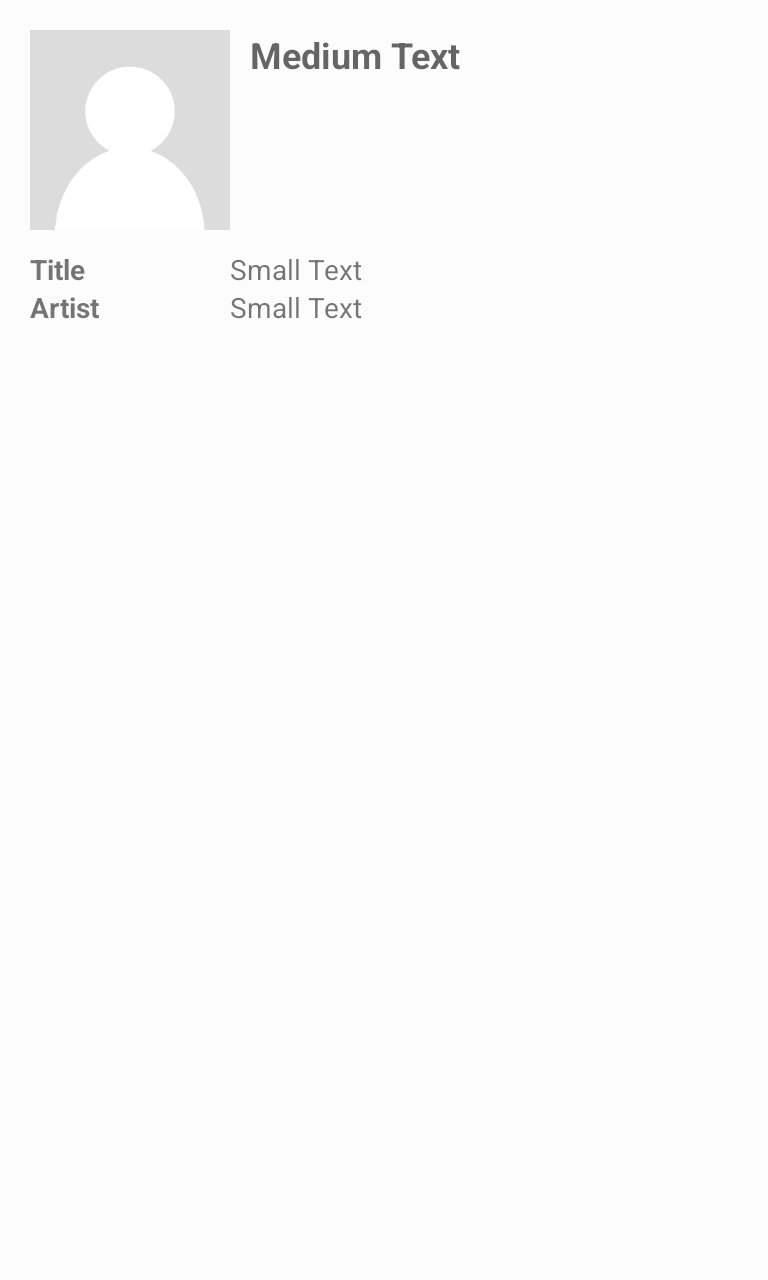
Repository: savindra/cutting-edge
Layout: Humzearch/res/layout/view_response_item.xml
These files come from the project's save history. The layout is drawn as it stood at one moment and after the next save; the edit follows.
It is drawn on a 768 x 1280 px phone screen (xhdpi) without system bars, with theme AppTheme; the app's code is not run.

Above is the layout before, as saved 2015-06-15 16:22:03.

### Humzearch/res/layout/view_response_item.xml
<?xml version="1.0" encoding="utf-8"?>
<RelativeLayout xmlns:android="http://schemas.android.com/apk/res/android"
    android:layout_width="match_parent"
    android:layout_height="match_parent"
    android:background="@color/background"
    android:orientation="vertical" >

    <ImageView
        android:id="@+id/imgViewResponseItemUser"
        android:layout_width="100dp"
        android:layout_height="100dp"
        android:layout_alignParentLeft="true"
        android:layout_alignParentTop="true"
        android:layout_marginLeft="15dp"
        android:layout_marginTop="15dp"
        android:src="@drawable/ic_default_user" />

    <LinearLayout
        android:id="@+id/linearLayout1"
        android:layout_width="wrap_content"
        android:layout_height="wrap_content"
        android:layout_alignParentLeft="true"
        android:layout_below="@+id/imgViewResponseItemUser"
        android:layout_marginLeft="15dp"
        android:layout_marginTop="10dp" >

        <TextView
            android:id="@+id/textView1"
            android:layout_width="100dp"
            android:layout_height="wrap_content"
            android:text="@string/title"
            android:textAppearance="?android:attr/textAppearanceSmall"
            android:textStyle="bold" />

        <TextView
            android:id="@+id/txtViewResponseItemTitle"
            android:layout_width="wrap_content"
            android:layout_height="wrap_content"
            android:text="Small Text"
            android:textAppearance="?android:attr/textAppearanceSmall" />
    </LinearLayout>

    <TextView
        android:id="@+id/txtViewResponseName"
        android:layout_width="wrap_content"
        android:layout_height="wrap_content"
        android:layout_alignTop="@+id/imgViewResponseItemUser"
        android:layout_marginLeft="10dp"
        android:layout_toRightOf="@+id/imgViewResponseItemUser"
        android:text="Medium Text"
        android:textAppearance="?android:attr/textAppearanceMedium"
        android:textStyle="bold" />

    <LinearLayout
        android:layout_width="wrap_content"
        android:layout_height="wrap_content"
        android:layout_alignLeft="@+id/linearLayout1"
        android:layout_below="@+id/linearLayout1" >

        <TextView
            android:id="@+id/textView2"
            android:layout_width="100dp"
            android:layout_height="wrap_content"
            android:text="@string/artist"
            android:textAppearance="?android:attr/textAppearanceSmall"
            android:textStyle="bold" />

        <TextView
            android:id="@+id/textView3"
            android:layout_width="wrap_content"
            android:layout_height="wrap_content"
            android:text="Small Text"
            android:textAppearance="?android:attr/textAppearanceSmall" />

    </LinearLayout>

</RelativeLayout>

### Humzearch/res/values-v21/style.xml
<?xml version="1.0" encoding="utf-8"?>
<resources>
    <style name="AppTheme" parent="AppTheme.Base">
        <!-- Customize your theme using Material Design here. -->
    </style>
</resources>

### Humzearch/res/values/styles.xml
<resources>

    <!-- Base application theme. -->
    <style name="AppTheme" parent="AppTheme.Base"/>

    <style name="AppTheme.Base" parent="Theme.AppCompat.Light.DarkActionBar">
        <!-- Customize your theme here. -->

        <!-- colorPrimary is used for the default action bar background -->
        <item name="colorPrimary">@color/ColorPrimary</item>

        <!-- colorPrimaryDark is used for the status bar -->
        <item name="colorPrimaryDark">@color/ColorPrimaryDark</item>

        <!-- colorAccent is used as the default value for colorControlActivated
             which is used to tint widgets -->

        <!-- You can also set colorControlNormal, colorControlActivated
             colorControlHighlight & colorSwitchThumbNormal. -->

        <item name="homeAsUpIndicator">@drawable/ic_drawer</item>
		<item name="android:homeAsUpIndicator">@drawable/ic_drawer</item>
    </style>

    <style name="AppTheme.NoTitleBar" parent="Theme.AppCompat.Light.NoActionBar">
        <!-- Customize your theme here. -->

        <!-- colorPrimary is used for the default action bar background -->
        <item name="colorPrimary">@color/ColorPrimary</item>

        <!-- colorPrimaryDark is used for the status bar -->
        <item name="colorPrimaryDark">@color/ColorPrimaryDark</item>

        <!-- colorAccent is used as the default value for colorControlActivated
             which is used to tint widgets -->

        <!-- You can also set colorControlNormal, colorControlActivated
             colorControlHighlight & colorSwitchThumbNormal. -->
    </style>

    <style name="AppTheme.BackButton" parent="Theme.AppCompat.Light.DarkActionBar">
        <!-- Customize your theme here. -->

        <!-- colorPrimary is used for the default action bar background -->
        <item name="colorPrimary">@color/ColorPrimary</item>

        <!-- colorPrimaryDark is used for the status bar -->
        <item name="colorPrimaryDark">@color/ColorPrimaryDark</item>

        <!-- colorAccent is used as the default value for colorControlActivated
             which is used to tint widgets -->

        <!-- You can also set colorControlNormal, colorControlActivated
             colorControlHighlight & colorSwitchThumbNormal. -->
    </style>

    <style name="toolbar_bottom" parent="Widget.AppCompat.Toolbar">
    	<item name="contentInsetStart">0dp</item>
    	<item name="contentInsetEnd">0dp</item>
	</style>

</resources>

### Humzearch/res/values/color.xml
<?xml version="1.0" encoding="utf-8"?>
<resources>
    <color name="ColorPrimary">#e62117</color>
    <color name="ColorPrimaryDark">#c31c13</color>
    <color name="tabsScrollColor">#8a140e</color>
    <color name="fontblack">#000</color>

    <!-- Main menu colors -->
    <color name="list_item_title">#303030</color>
    <color name="list_background">#eee</color>
    <color name="list_background_pressed">#aaa</color>
    <color name="list_divider">#ccc</color>
    <color name="counter_text_bg">#626262</color>
    <color name="counter_text_color">#c5c4c4</color>

    <color name="button">#ccc</color>

    <color name="link">#909090</color>
    <color name="secondbar">#f5f5f5</color>
    <color name="background">#fcfcfc</color>

</resources>

### Humzearch/res/values/dimens.xml
<resources>

    <!-- Default screen margins, per the Android Design guidelines. -->
    <dimen name="activity_horizontal_margin">16dp</dimen>
    <dimen name="activity_vertical_margin">16dp</dimen>
    <dimen name="fontsize">18sp</dimen>

    <dimen name="title">17dp</dimen>
    <dimen name="rating">15dip</dimen>
    <dimen name="genre">13dip</dimen>
    <dimen name="year">12dip</dimen>

</resources>

### Humzearch/res/values/strings.xml
<?xml version="1.0" encoding="utf-8"?>
<resources>

    <string name="app_name">Humzearch</string>
    <string name="hello_world">Hello world!</string>
    <string name="action_settings">Settings</string>
    <string name="username">Username</string>
    <string name="email">Email</string>
    <string name="password">Password</string>
    <string name="login">Login</string>
    <string name="firstname">First Name</string>
    <string name="fullname">Full Name</string>
    <string name="firstandlast">First and Last Name</string>
    <string name="passwordhint">At least 6 characters</string>
    <string name="confirmpass">Confirm Password</string>
    <string name="logout">Logout</string>

    <!-- Nav Drawer Menu Items -->
    <string-array name="main_menu_items">
        <item >Record Tune</item>
        <item >View Tunes</item>
        <item >View Responses</item>
        <item >Rewards</item>
        <item >Messages</item>
        <item >My Account</item>
    </string-array>

    <!-- Nav Drawer List Item Icons -->
    <array name="main_menu_icons">
        <item>@drawable/ic_recordtune</item>
        <item>@drawable/ic_viewtune</item>
        <item>@drawable/ic_viewresponse</item>
        <item>@drawable/ic_reward</item>
        <item>@drawable/ic_messages</item>
        <item>@drawable/ic_myaccount</item>
    </array>

    <string name="desc_list_item_icon">Item Icon</string>

    <string name="timerstart">00:00</string>

    <string name="taptorecord">Tap to Record</string>

    <string name="playpreview">Play Preview</string>

    <string name="notsatisfied">Not satisfied with results?</string>

    <string name="sharewithcommunity">SHARE WITH COMMUNITY</string>

    <!-- Language List -->
    <string-array name="language_array">
        <item>-- Not Selected --</item>
        <item>English</item>
        <item>Chinese/Mandarin</item>
        <item>Spanish</item>
        <item>Arabic</item>
        <item>Hindi</item>
        <item>Russain</item>
        <item>Sinhalese</item>
    </string-array>

    <!-- Country List -->
    <string-array name="countries_array">
        <item>-- Not Selected --</item>
	    <item>Afghanistan</item>
	    <item>Albania</item>
	    <item>Algeria</item>
	    <item>American Samoa</item>
	    <item>Andorra</item>
	    <item>Angola</item>
	    <item>Anguilla</item>
	    <item>Antarctica</item>
	    <item>Antigua and Barbuda</item>
	    <item>Argentina</item>
	    <item>Armenia</item>
	    <item>Aruba</item>
	    <item>Australia</item>
	    <item>Austria</item>
	    <item>Azerbaijan</item>
	    <item>Bahrain</item>
	    <item>Bangladesh</item>
	    <item>Barbados</item>
	    <item>Belarus</item>
	    <item>Belgium</item>
	    <item>Belize</item>
	    <item>Benin</item>
	    <item>Bermuda</item>
	    <item>Bhutan</item>
	    <item>Bolivia</item>
	    <item>Bosnia and Herzegovina</item>
	    <item>Botswana</item>
	    <item>Bouvet Island</item>
	    <item>Brazil</item>
	    <item>British Indian Ocean Territory</item>
	    <item>British Virgin Islands</item>
	    <item>Brunei</item>
	    <item>Bulgaria</item>
	    <item>Burkina Faso</item>
	    <item>Burundi</item>
	    <item>Cambodia</item>
	    <item>Cameroon</item>
	    <item>Canada</item>
	    <item>Cape Verde</item>
	    <item>Cayman Islands</item>
	    <item>Central African Republic</item>
	    <item>Chad</item>
	    <item>Chile</item>
	    <item>China</item>
	    <item>Christmas Island</item>
	    <item>Cocos (Keeling) Islands</item>
	    <item>Colombia</item>
	    <item>Comoros</item>
	    <item>Congo</item>
	    <item>Cook Islands</item>
	    <item>Costa Rica</item>
	    <item>Cote d\'Ivoire</item>
	    <item>Croatia</item>
	    <item>Cuba</item>
	    <item>Cyprus</item>
	    <item>Czech Republic</item>
	    <item>Democratic Republic of the Congo</item>
	    <item>Denmark</item>
	    <item>Djibouti</item>
	    <item>Dominica</item>
	    <item>Dominican Republic</item>
	    <item>East Timor</item>
	    <item>Ecuador</item>
	    <item>Egypt</item>
	    <item>El Salvador</item>
	    <item>Equatorial Guinea</item>
	    <item>Eritrea</item>
	    <item>Estonia</item>
	    <item>Ethiopia</item>
	    <item>Faeroe Islands</item>
	    <item>Falkland Islands</item>
	    <item>Fiji</item>
	    <item>Finland</item>
	    <item>Former Yugoslav Republic of Macedonia</item>
	    <item>France</item>
	    <item>French Guiana</item>
	    <item>French Polynesia</item>
	    <item>French Southern Territories</item>
	    <item>Gabon</item>
	    <item>Georgia</item>
	    <item>Germany</item>
	    <item>Ghana</item>
	    <item>Gibraltar</item>
	    <item>Greece</item>
	    <item>Greenland</item>
	    <item>Grenada</item>
	    <item>Guadeloupe</item>
	    <item>Guam</item>
	    <item>Guatemala</item>
	    <item>Guinea</item>
	    <item>Guinea-Bissau</item>
	    <item>Guyana</item>
	    <item>Haiti</item>
	    <item>Heard Island and McDonald Islands</item>
	    <item>Honduras</item>
	    <item>Hong Kong</item>
	    <item>Hungary</item>
	    <item>Iceland</item>
	    <item>India</item>
	    <item>Indonesia</item>
	    <item>Iran</item>
	    <item>Iraq</item>
	    <item>Ireland</item>
	    <item>Israel</item>
	    <item>Italy</item>
	    <item>Jamaica</item>
	    <item>Japan</item>
	    <item>Jordan</item>
	    <item>Kazakhstan</item>
	    <item>Kenya</item>
	    <item>Kiribati</item>
	    <item>Kuwait</item>
	    <item>Kyrgyzstan</item>
	    <item>Laos</item>
	    <item>Latvia</item>
	    <item>Lebanon</item>
	    <item>Lesotho</item>
	    <item>Liberia</item>
	    <item>Libya</item>
	    <item>Liechtenstein</item>
	    <item>Lithuania</item>
	    <item>Luxembourg</item>
	    <item>Macau</item>
	    <item>Madagascar</item>
	    <item>Malawi</item>
	    <item>Malaysia</item>
	    <item>Maldives</item>
	    <item>Mali</item>
	    <item>Malta</item>
	    <item>Marshall Islands</item>
	    <item>Martinique</item>
	    <item>Mauritania</item>
	    <item>Mauritius</item>
	    <item>Mayotte</item>
	    <item>Mexico</item>
	    <item>Micronesia</item>
	    <item>Moldova</item>
	    <item>Monaco</item>
	    <item>Mongolia</item>
	    <item>Montenegro</item>
	    <item>Montserrat</item>
	    <item>Morocco</item>
	    <item>Mozambique</item>
	    <item>Myanmar</item>
	    <item>Namibia</item>
	    <item>Nauru</item>
	    <item>Nepal</item>
	    <item>Netherlands</item>
	    <item>Netherlands Antilles</item>
	    <item>New Caledonia</item>
	    <item>New Zealand</item>
	    <item>Nicaragua</item>
	    <item>Niger</item>
	    <item>Nigeria</item>
	    <item>Niue</item>
	    <item>Norfolk Island</item>
	    <item>North Korea</item>
	    <item>Northern Marianas</item>
	    <item>Norway</item>
	    <item>Oman</item>
	    <item>Pakistan</item>
	    <item>Palau</item>
	    <item>Panama</item>
	    <item>Papua New Guinea</item>
	    <item>Paraguay</item>
	    <item>Peru</item>
	    <item>Philippines</item>
	    <item>Pitcairn Islands</item>
	    <item>Poland</item>
	    <item>Portugal</item>
	    <item>Puerto Rico</item>
	    <item>Qatar</item>
	    <item>Reunion</item>
	    <item>Romania</item>
	    <item>Russia</item>
	    <item>Rwanda</item>
	    <item>Sqo Tome and Principe</item>
	    <item>Saint Helena</item>
	    <item>Saint Kitts and Nevis</item>
	    <item>Saint Lucia</item>
	    <item>Saint Pierre and Miquelon</item>
	    <item>Saint Vincent and the Grenadines</item>
	    <item>Samoa</item>
	    <item>San Marino</item>
	    <item>Saudi Arabia</item>
	    <item>Senegal</item>
	    <item>Serbia</item>
	    <item>Seychelles</item>
	    <item>Sierra Leone</item>
	    <item>Singapore</item>
	    <item>Slovakia</item>
	    <item>Slovenia</item>
	    <item>Solomon Islands</item>
	    <item>Somalia</item>
	    <item>South Africa</item>
	    <item>South Georgia and the South Sandwich Islands</item>
	    <item>South Korea</item>
	    <item>South Sudan</item>
	    <item>Spain</item>
	    <item>Sri Lanka</item>
	    <item>Sudan</item>
	    <item>Suriname</item>
	    <item>Svalbard and Jan Mayen</item>
	    <item>Swaziland</item>
	    <item>Sweden</item>
	    <item>Switzerland</item>
	    <item>Syria</item>
	    <item>Taiwan</item>
	    <item>Tajikistan</item>
	    <item>Tanzania</item>
	    <item>Thailand</item>
	    <item>The Bahamas</item>
	    <item>The Gambia</item>
	    <item>Togo</item>
	    <item>Tokelau</item>
	    <item>Tonga</item>
	    <item>Trinidad and Tobago</item>
	    <item>Tunisia</item>
	    <item>Turkey</item>
	    <item>Turkmenistan</item>
	    <item>Turks and Caicos Islands</item>
	    <item>Tuvalu</item>
	    <item>Virgin Islands</item>
	    <item>Uganda</item>
	    <item>Ukraine</item>
	    <item>United Arab Emirates</item>
	    <item>United Kingdom</item>
	    <item>United States</item>
	    <item>United States Minor Outlying Islands</item>
	    <item>Uruguay</item>
	    <item>Uzbekistan</item>
	    <item>Vanuatu</item>
	    <item>Vatican City</item>
	    <item>Venezuela</item>
	    <item>Vietnam</item>
	    <item>Wallis and Futuna</item>
	    <item>Western Sahara</item>
	    <item>Yemen</item>
	    <item>Yugoslavia</item>
	    <item>Zambia</item>
	    <item>Zimbabwe</item>
 	</string-array>
	    <string name="artist">Artist</string>
	    <string name="language">Language</string>
	    <string name="country">Country</string>
	    <string name="year">Year</string>
	    <string name="share">Share</string>
	    <string name="playtune">Play Tune</string>
	    <string name="addresponse">ADD RESPONSE</string>
	    <string name="title">Title</string>
	    <string name="alltunes">All Tunes</string>
	    <string name="mytunes">My Tunes</string>
	    <string name="deletepermanently">Delete Permanently</string>

</resources>

After the next save:
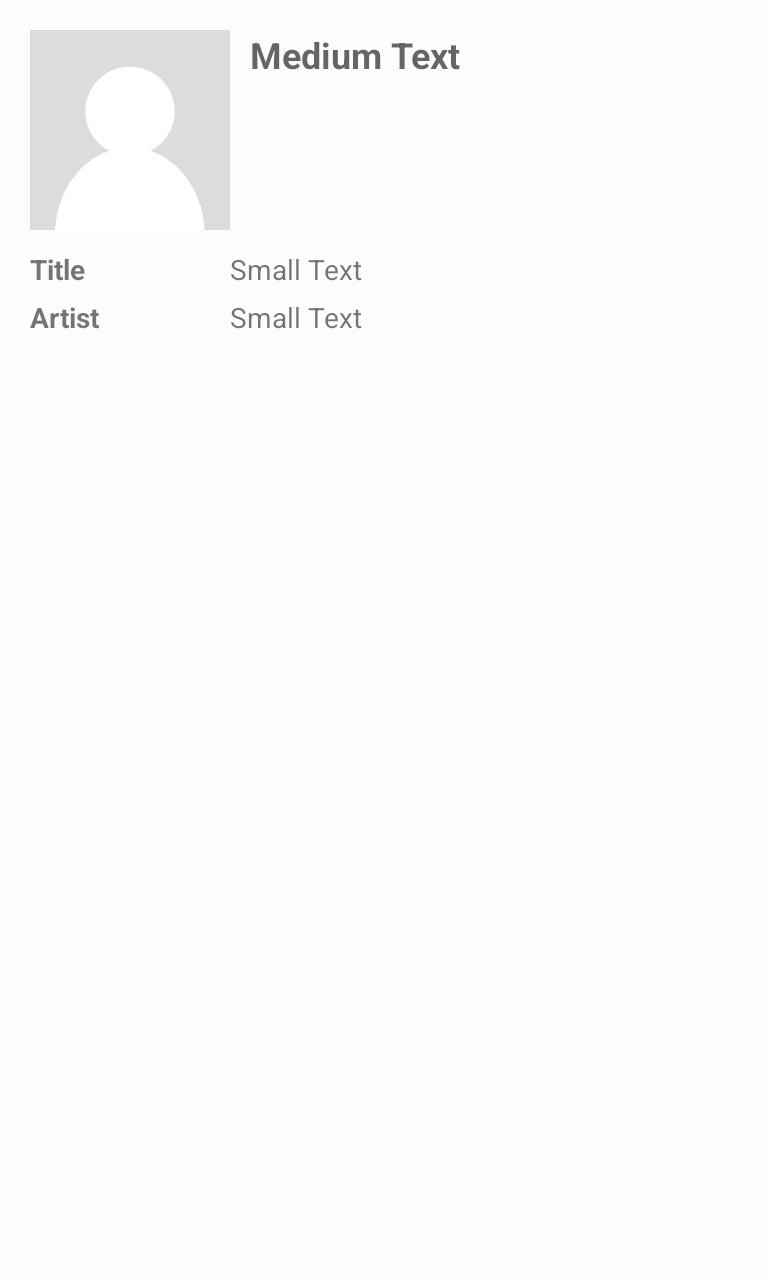
Saved 3 s later.
--- a/Humzearch/res/layout/view_response_item.xml
+++ b/Humzearch/res/layout/view_response_item.xml
@@ -55,7 +55,8 @@
         android:layout_width="wrap_content"
         android:layout_height="wrap_content"
         android:layout_alignLeft="@+id/linearLayout1"
-        android:layout_below="@+id/linearLayout1" >
+        android:layout_below="@+id/linearLayout1"
+        android:layout_marginTop="5dp" >
 
         <TextView
             android:id="@+id/textView2"
